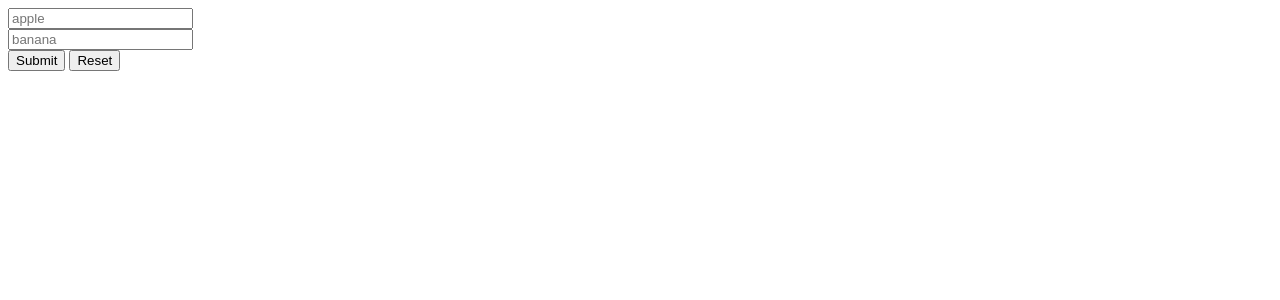
Repository: Kimhwawon/jsp_practice
Page: http://localhost/JSPBasic/JsObject/1.requests/req_param_send.jsp
These files come from the project's save history. The page is drawn as it stood at one moment and after the next save; the edit follows.
The browser window is 1280 px wide. The pictures show the whole page.
The page is served by Tomcat 9.

Above is the page before, as saved 2022-02-03 05:46:57.

After the next save:
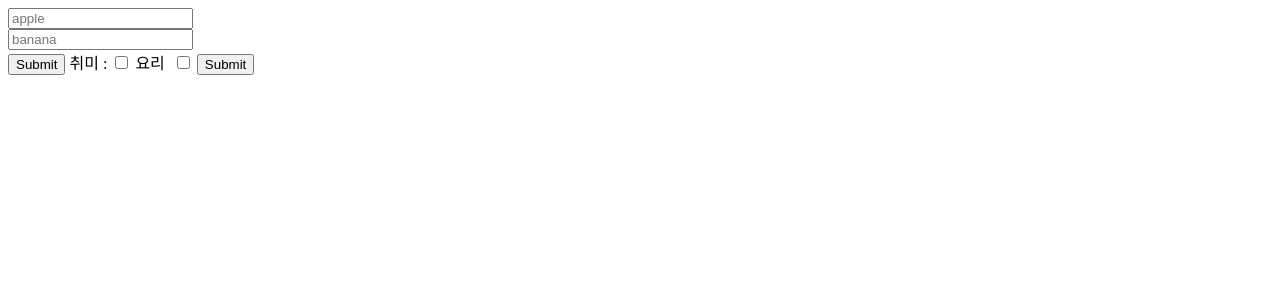
Saved 21 min 19 s later.
--- a/JSPBasic/src/main/webapp/JsObject/1.requests/req_param_send.jsp
+++ b/JSPBasic/src/main/webapp/JsObject/1.requests/req_param_send.jsp
@@ -18,7 +18,13 @@
 		<input type = "text" name="apple" placeholder="apple"/> <br/>
 		<input type = "password" name= "banana" placeholder= "banana"/> <br/>
 		<input type = "submit"/>
+
+		취미 :
+		<input type = "checkbox" name= "hobby" > 요리&nbsp;
+		<input type = "checkbox"
+
 	<input type = "reset"/>
+	<input type = "submit"/>
 	</form>
 
 </body>
